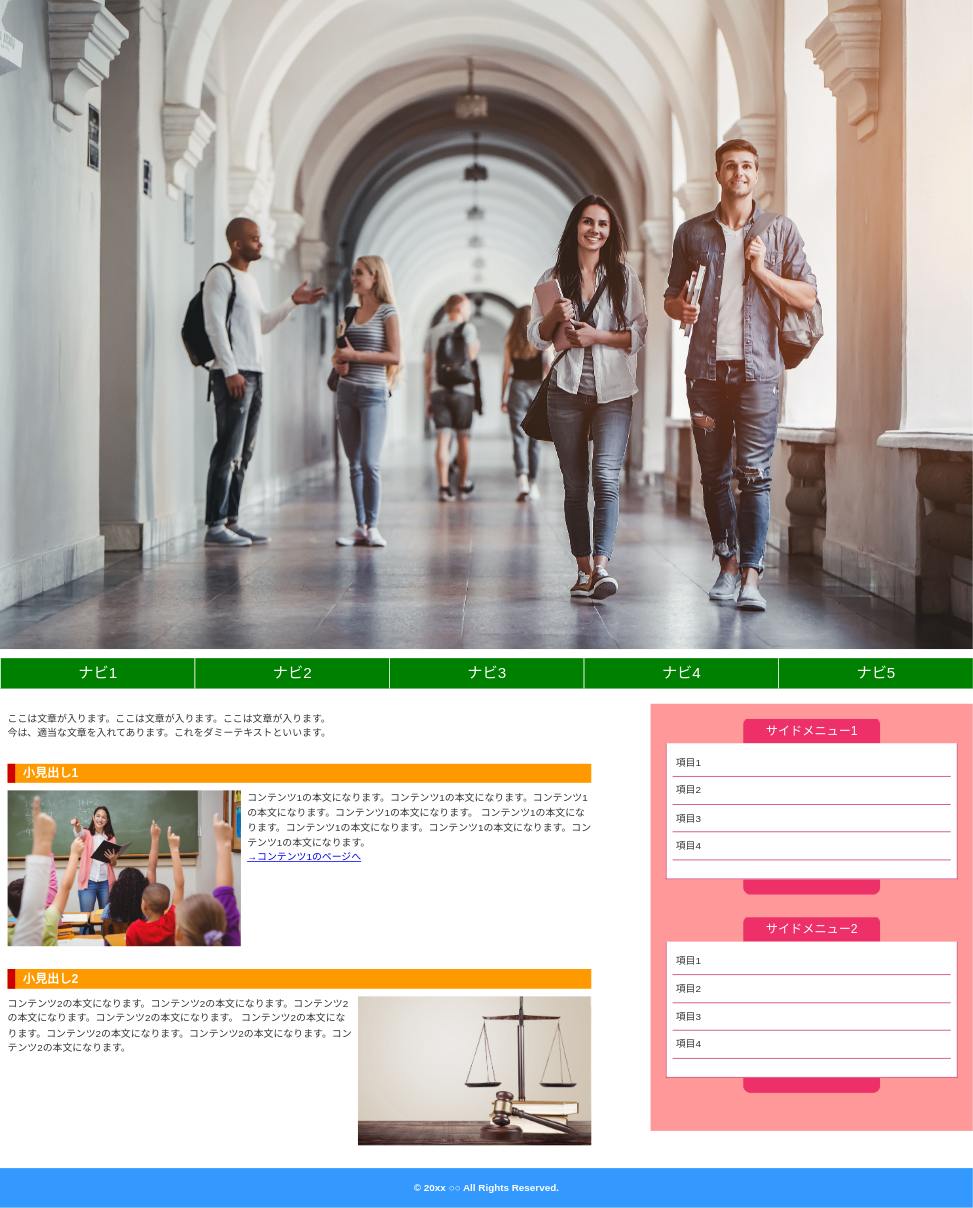
Repository: masyumaro7921/samurai_HTML-CSS
Page: home.html
The author's editor kept a record of every edit. The page is drawn from the files as they stood at one moment, then again after the next edit.
The browser window is 1280 px wide. The pictures show the whole page, at 76% of full size.
The pointer rests on the first visible `#side .box .boxBody ul li`.

Above is the page before.

After the next edit:
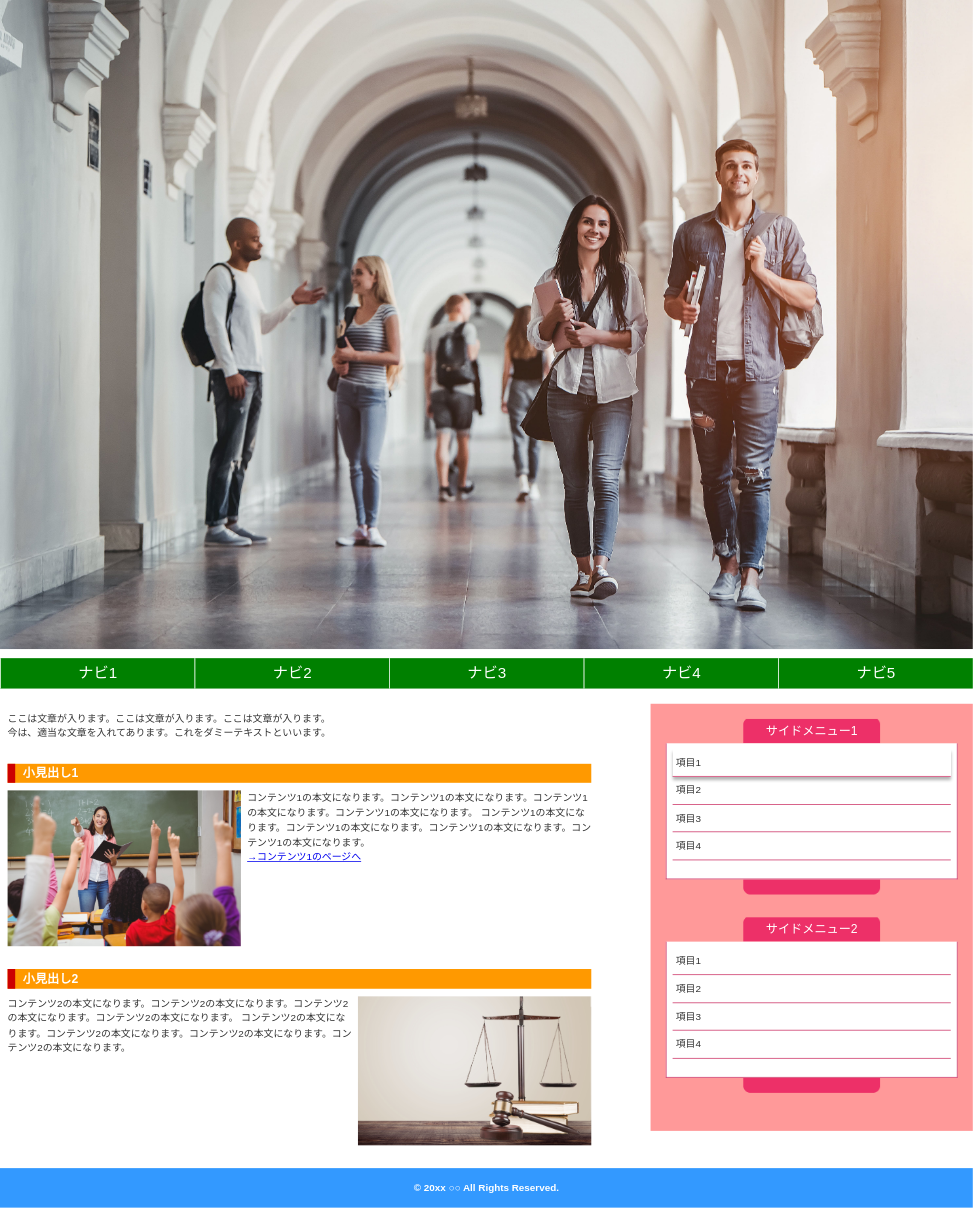
The edit:
--- a/stylesheet.css
+++ b/stylesheet.css
@@ -305,6 +305,6 @@
 	padding: 8px 0 8px 4px;
 	list-style: none;
 	border-bottom: solid 1px #C36;
-	box-shadow: 0px 4px 4px rgda(0,0,0,0,3);
-
-}
+	box-shadow: 0px 4px 4px rgba(0,0,0,0.3);
+
+}
